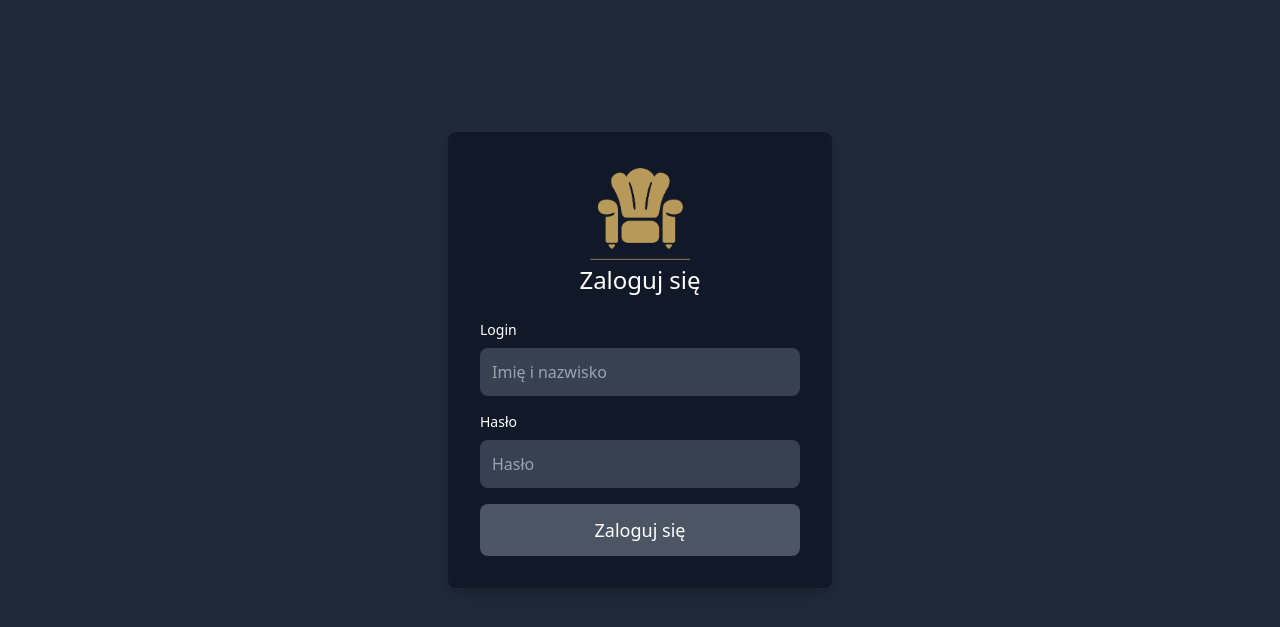
Repository: DaveCala/AplikacjaMeble
Page: http://localhost/login/login_form.php
An editor plug-in stored every save of this project. The page is shown before and after the next save, followed by the edit.
The browser window is 1280 px wide. The pictures show the whole page.
The page is run by PHP 8.4 with error messages shown; the project is at /var/www/html/.

Above is the page before, as saved 2024-11-29 09:55:02.

After the next save:
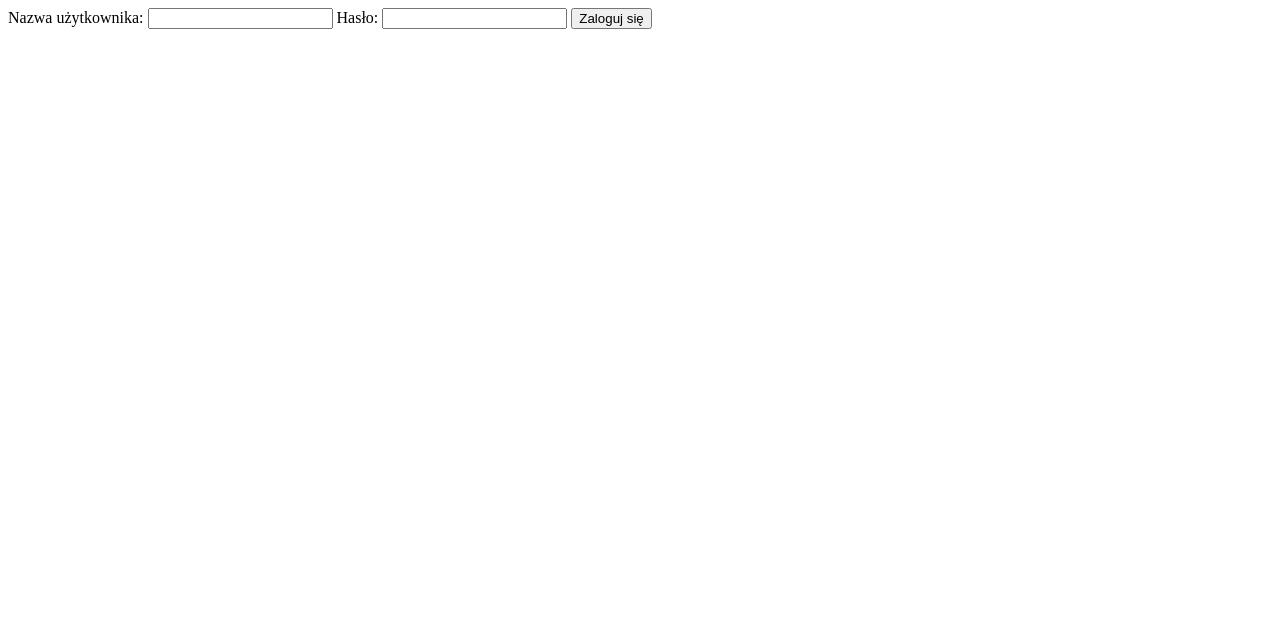
Saved 4 min 50 s later.
--- a/login/login_form.php
+++ b/login/login_form.php
@@ -1,39 +1,23 @@
 <!DOCTYPE html>
 <html lang="pl">
-
 <head>
     <meta charset="UTF-8">
     <meta name="viewport" content="width=device-width, initial-scale=1.0">
-    <title>Formularz logowania</title>
-    <link href="https://cdn.jsdelivr.net/npm/tailwindcss@2.2.19/dist/tailwind.min.css" rel="stylesheet">
+    <title>Logowanie</title>
 </head>
+<body>
+    <form action="login.php" method="POST">
+        <label for="username">Nazwa użytkownika:</label>
+        <input type="text" id="username" name="username" required>
 
-<body class="bg-gray-800 text-white flex justify-center items-center min-h-screen m-0">
-
-    <form action="login.php" method="POST" class="bg-gray-900 p-8 rounded-lg shadow-lg w-full max-w-sm">
-        <div class="flex justify-center items-center">
-            <img src="../img/logo_beautysofa_24_pionowe.png" style="width: 100px; height: 100px; object-fit: contain;" alt="Logo BeautySofa">
-        </div>
-        <h2 class="text-2xl text-center mb-6">Zaloguj się</h2>
-
-        <label for="username" class="block text-sm mb-2">Login</label>
-        <input type="text" id="username" name="username" placeholder="Imię i nazwisko"
-            class="w-full p-3 mb-4 rounded-lg bg-gray-700 text-white placeholder-gray-400 focus:outline-none focus:ring-2 focus:ring-blue-500" required>
-
-        <label for="password" class="block text-sm mb-2">Hasło</label>
-        <input type="password" id="password" name="password" placeholder="Hasło"
-            class="w-full p-3 mb-4 rounded-lg bg-gray-700 text-white placeholder-gray-400 focus:outline-none focus:ring-2 focus:ring-blue-500" required>
+        <label for="password">Hasło:</label>
+        <input type="password" id="password" name="password" required>
 
         <?php if (isset($_GET['error'])): ?>
-            <p class="text-red-500 text-sm mb-4">Nieprawidłowy login lub hasło!</p>
+            <p style="color:red;">Błędne dane logowania.</p>
         <?php endif; ?>
 
-        <button type="submit"
-            class="w-full py-3 bg-gray-600 rounded-lg text-white text-lg hover:bg-gray-500 focus:outline-none focus:ring-2 focus:ring-blue-500">
-            Zaloguj się
-        </button>
+        <button type="submit">Zaloguj się</button>
     </form>
-
 </body>
-
 </html>

After the save that followed:
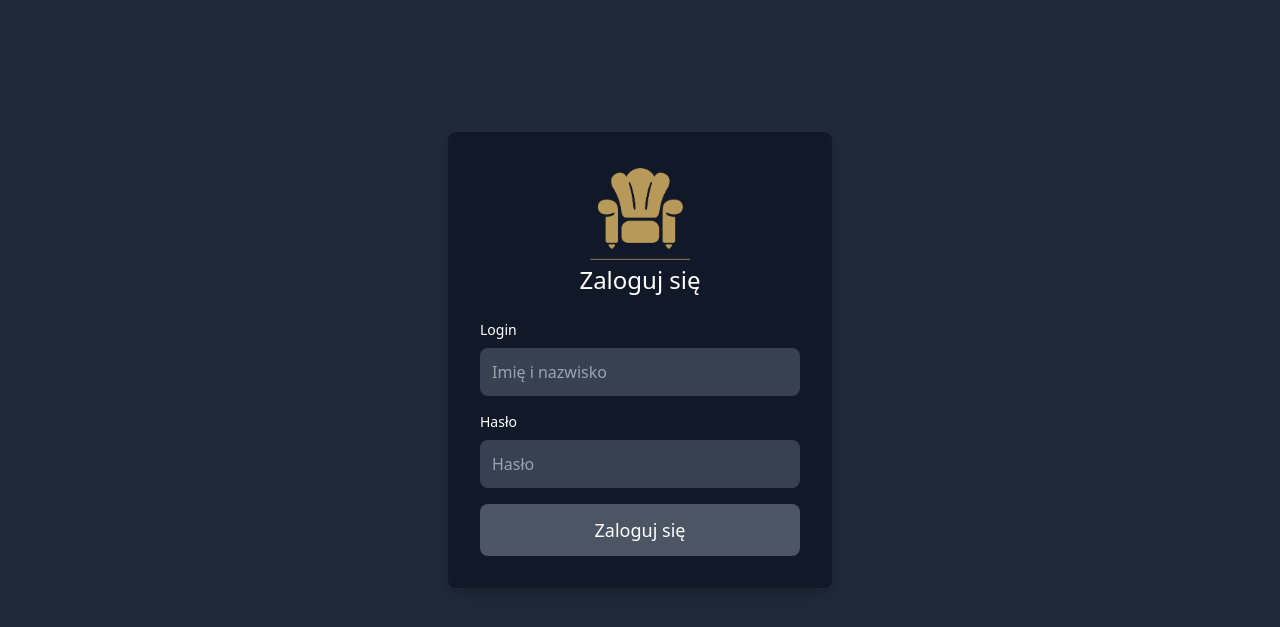
Saved 16 s later.
--- a/login/login_form.php
+++ b/login/login_form.php
@@ -1,23 +1,39 @@
 <!DOCTYPE html>
 <html lang="pl">
+
 <head>
     <meta charset="UTF-8">
     <meta name="viewport" content="width=device-width, initial-scale=1.0">
-    <title>Logowanie</title>
+    <title>Formularz logowania</title>
+    <link href="https://cdn.jsdelivr.net/npm/tailwindcss@2.2.19/dist/tailwind.min.css" rel="stylesheet">
 </head>
-<body>
-    <form action="login.php" method="POST">
-        <label for="username">Nazwa użytkownika:</label>
-        <input type="text" id="username" name="username" required>
 
-        <label for="password">Hasło:</label>
-        <input type="password" id="password" name="password" required>
+<body class="bg-gray-800 text-white flex justify-center items-center min-h-screen m-0">
+
+    <form action="login.php" method="POST" class="bg-gray-900 p-8 rounded-lg shadow-lg w-full max-w-sm">
+        <div class="flex justify-center items-center">
+            <img src="../img/logo_beautysofa_24_pionowe.png" style="width: 100px; height: 100px; object-fit: contain;" alt="Logo BeautySofa">
+        </div>
+        <h2 class="text-2xl text-center mb-6">Zaloguj się</h2>
+
+        <label for="username" class="block text-sm mb-2">Login</label>
+        <input type="text" id="username" name="username" placeholder="Imię i nazwisko"
+            class="w-full p-3 mb-4 rounded-lg bg-gray-700 text-white placeholder-gray-400 focus:outline-none focus:ring-2 focus:ring-blue-500" required>
+
+        <label for="password" class="block text-sm mb-2">Hasło</label>
+        <input type="password" id="password" name="password" placeholder="Hasło"
+            class="w-full p-3 mb-4 rounded-lg bg-gray-700 text-white placeholder-gray-400 focus:outline-none focus:ring-2 focus:ring-blue-500" required>
 
         <?php if (isset($_GET['error'])): ?>
-            <p style="color:red;">Błędne dane logowania.</p>
+            <p class="text-red-500 text-sm mb-4">Nieprawidłowy login lub hasło!</p>
         <?php endif; ?>
 
-        <button type="submit">Zaloguj się</button>
+        <button type="submit"
+            class="w-full py-3 bg-gray-600 rounded-lg text-white text-lg hover:bg-gray-500 focus:outline-none focus:ring-2 focus:ring-blue-500">
+            Zaloguj się
+        </button>
     </form>
+
 </body>
+
 </html>
